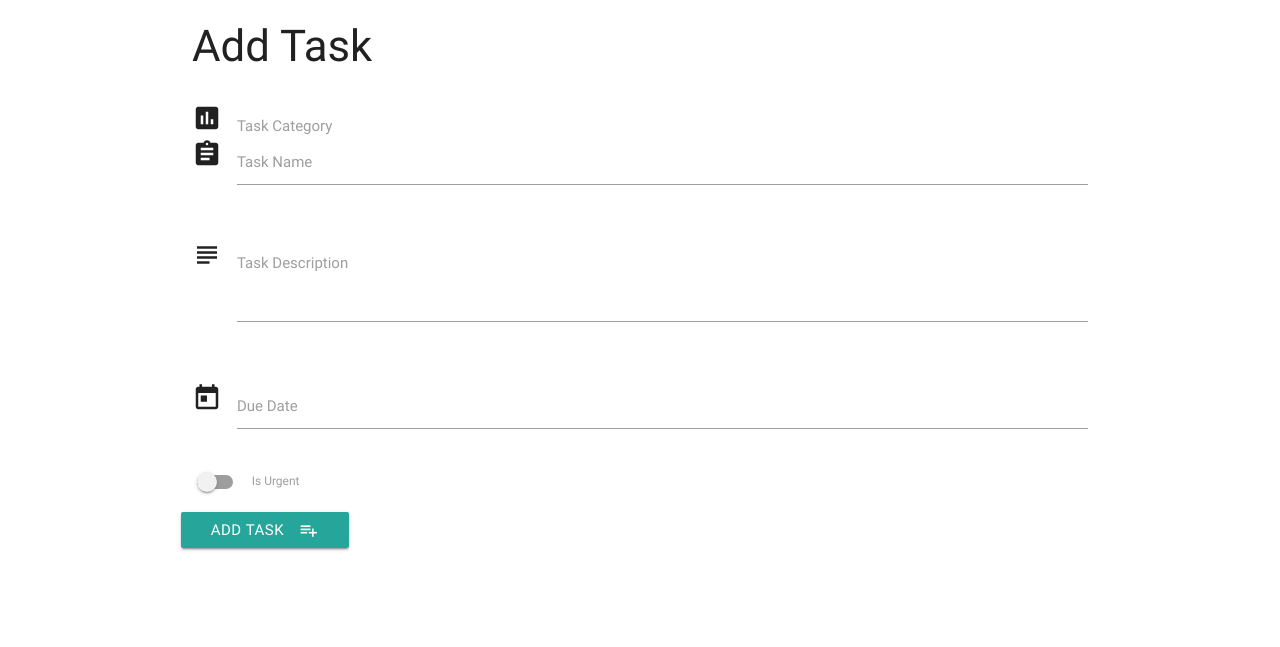
Repository: benbourgeois/task-manager
Page: http://localhost/add_task
The author's editor kept a record of every edit. The page is drawn from the files as they stood at one moment, then again after the next edit.
The browser window is 1280 px wide. The pictures show the whole page.
Some web libraries are served in a nearby version. The page is served by the project's application, run on Flask 3 (app.py). Queries for data that is not in the repository find no rows.

Above is the page before.
Console error: TypeError: $(...).formSelect is not a function

### templates/addtask.html
{% extends 'base.html' %} {% block content %}

<h3>Add Task</h3>
<div class="row">
    <form action="{{ url_for('insert_task') }}" method="POST" class="col s12">
        <div class="row">
            <div class="input-field col s12">
                <i class="material-icons prefix">poll</i>
                <select id="category" name="category_name">
                    <option value="" disabled selected>Choose Category</option>
                    {% for cat in categories %}
                        <option value="{{cat.category_name}}">{{cat.category_name}}</option>
                    {% endfor %}
                </select>
                <label>Task Category</label>
            </div>
        </div>
        <div class="row">
            <div class="input-field col s12">
                <i class="material-icons prefix">assignment</i>
                <input id="task_name" name="task_name" type="text" class="validate">
                <label for="icon_prefix">Task Name</label>
            </div>
        </div>
        <div class="row">
            <div class="input-field col s12">
                <i class="material-icons prefix">subject</i>
                <textarea name="task_description" id="task_description" class="materialize-textarea"></textarea>
                <label for="icon_telephone">Task Description</label>
            </div>
        </div>
        <div class="row">
            <div class="input-field col s12">
                <i class="material-icons prefix">today</i>
                <input id="due_date" name="due_date" type="text" class="datepicker">
                <label for="icon_prefix">Due Date</label>
            </div>
        </div>
        <div class="row">
            <div class="switch">
                <label>
                  <input id="is_urgent" name="is_urgent" type="checkbox">
                  <span class="lever"></span>
                  Is Urgent
                </label>
            </div>
        </div>
        <div class="row">
            <button class="btn waves-effect waves-light" type="submit" name="action">Add Task
                <i class="material-icons right">playlist_add</i>
            </button>
        </div>
    </form>
</div>

{% endblock %}

### templates/base.html
<!DOCTYPE html>
<html>

<head>
    <link href="https://fonts.googleapis.com/icon?family=Material+Icons" rel="stylesheet">
    <link rel="stylesheet" href="https://cdnjs.cloudflare.com/ajax/libs/materialize/0.100.2/css/materialize.min.css">
    <link rel="stylesheet" href="{{url_for('static', filename='css/style.css')}}" type="text/css" />
</head>

<body>
    <div class="container">
        {% block content %} {% endblock %}
    </div>
    <script src="https://cdnjs.cloudflare.com/ajax/libs/jquery/3.2.1/jquery.min.js"></script>
    <script src="https://cdnjs.cloudflare.com/ajax/libs/materialize/0.100.2/js/materialize.min.js"></script>
    <div id="matfix">
        <script type="text/javascript">
            $(document).ready(function() {
                $('.collapsible').collapsible();
                $('select').formSelect();
            });

            $('.datepicker').pickadate({
                selectMonths: true, // Creates a dropdown to control month
                selectYears: 15, // Creates a dropdown of 15 years to control year,
                today: 'Today',
                clear: 'Clear',
                close: 'Ok',
                closeOnSelect: false // Close upon selecting a date,
            });

            document.getElementById("matfix").addEventListener("click", function(e) {
                e.stopPropagation();
            });
        </script>
    </div>
</body>

</html>

### app.py
import os
from flask import Flask, render_template, redirect, request, url_for
from flask_pymongo import PyMongo
from bson.objectid import ObjectId

app = Flask(__name__)

app.config["MONGO_DBNAME"] = 'task_manager'
app.config["MONGO_URI"] = 'mongodb+srv://benbourgeois:Thibodaux@firstcluster-umaxy.mongodb.net/task_manager?retryWrites=true&w=majority'

mongo = PyMongo(app)

@app.route('/')
@app.route('/get_tasks')
def get_tasks():
    return render_template("tasks.html",
    tasks=mongo.db.tasks.find())

@app.route('/add_task')
def add_task():
    return render_template("addtask.html",
    categories=mongo.db.categories.find())

@app.route('/insert_task', methods=['POST'])
def insert_task():
    tasks = mongo.db.tasks
    tasks.insert_one(request.form.to_dict())
    return redirect(url_for('get_tasks'))

@app.route('/edit_task/<task_id>')
def edit_task(task_id):
    the_task = mongo.db.tasks.find_one({"_id": ObjectId(task_id)})
    all_categories = mongo.db.categories.find()
    return render_template('edittask.html', task=the_task, categories=all_categories)

if __name__ == '__main__':
    app.run(host=os.environ.get('IP'),
        port=int(os.environ.get('PORT')),
        debug=True)

Loaded but not shown: static/css/style.css (no copy from this time; the picture is the same without it)

After the next edit:
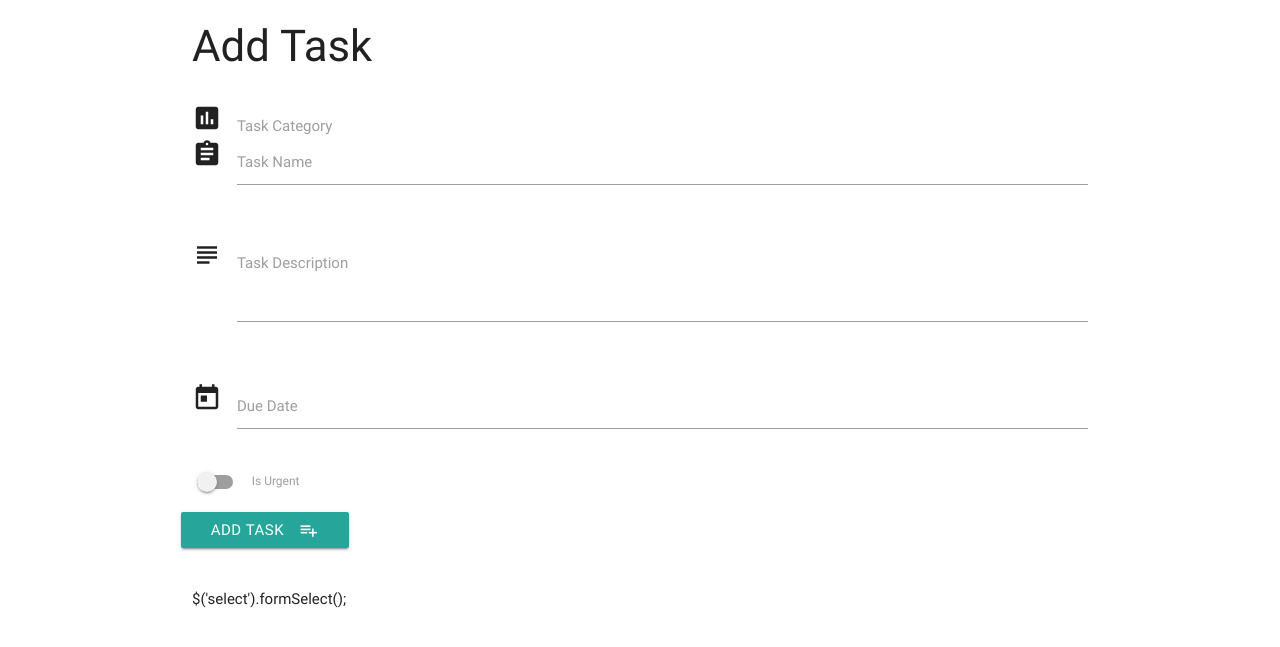
The edit:
--- a/templates/base.html
+++ b/templates/base.html
@@ -37,3 +37,9 @@
 </body>
 
 </html>
+
+
+
+<div class="container">
+<link rel="stylesheet" href="{{url_for('static', filename='css/style.css')}}" type="text/css" />
+$('select').formSelect();
